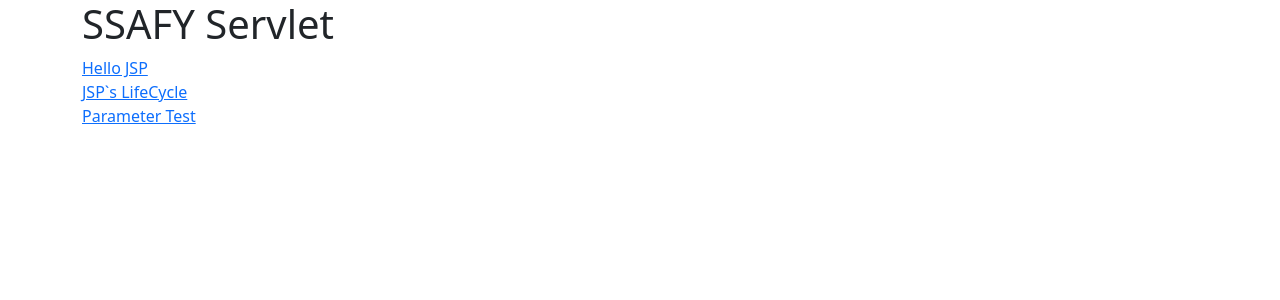
Repository: s00ngle/SSAFY-BE
Page: http://localhost/basic_jsp/
An editor plug-in stored every save of this project. The page is shown before and after the next save, followed by the edit.
The browser window is 1280 px wide. The pictures show the whole page.
The page is served by Tomcat 9. Other server files are loaded and not shown.

Above is the page before, as saved 2024-09-24 01:24:26.

### basic_jsp/src/main/webapp/index.jsp
<%@ page language="java" contentType="text/html; charset=UTF-8"
    pageEncoding="UTF-8"%>
<!DOCTYPE html>
<html lang="ko">
  <head>
    <meta charset="UTF-8" />
    <meta http-equiv="X-UA-Compatible" content="IE=edge" />
    <meta name="viewport" content="width=device-width, initial-scale=1.0" />
    <link
      href="https://cdn.jsdelivr.net/npm/bootstrap@5.3.3/dist/css/bootstrap.min.css"
      rel="stylesheet"
      integrity="sha384-QWTKZyjpPEjISv5WaRU9OFeRpok6YctnYmDr5pNlyT2bRjXh0JMhjY6hW+ALEwIH"
      crossorigin="anonymous"
    />
    <link href="/basic_jsp/assets/css/app.css" rel="stylesheet" />
    <title>SSAFY</title>
  </head>
  <body>
    <div class="container">
      <h1>SSAFY Servlet</h1>
      <a href="/basic_jsp/hello">Hello JSP</a><br />
      <a href="/basic_jsp/lifecycle">JSP`s LifeCycle</a><br />
      <a href="/basic_jsp/parameter.html">Parameter Test</a><br />
      <script
        src="https://cdn.jsdelivr.net/npm/bootstrap@5.3.3/dist/js/bootstrap.bundle.min.js"
        integrity="sha384-YvpcrYf0tY3lHB60NNkmXc5s9fDVZLESaAA55NDzOxhy9GkcIdslK1eN7N6jIeHz"
        crossorigin="anonymous"
      ></script>
    </div>
  </body>
</html>

### basic_jsp/src/main/webapp/assets/css/app.css
mark.sky {
  background: linear-gradient(to top, #54fff9 20%, transparent 30%);
}

mark.orange {
  background: linear-gradient(to top, orange 20%, transparent 30%);
}

.divider {
  border: 0.5px solid lightgray;
}

.avatar {
  vertical-align: middle;
  width: 50px;
  height: 50px;
  border-radius: 50%;
}

After the next save:
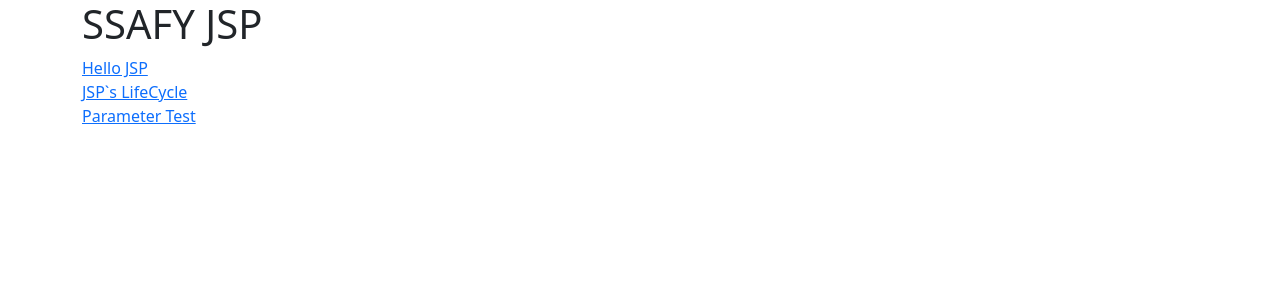
Saved 17 s later.
--- a/basic_jsp/src/main/webapp/index.jsp
+++ b/basic_jsp/src/main/webapp/index.jsp
@@ -17,7 +17,7 @@
   </head>
   <body>
     <div class="container">
-      <h1>SSAFY Servlet</h1>
+      <h1>SSAFY JSP</h1>
       <a href="/basic_jsp/hello">Hello JSP</a><br />
       <a href="/basic_jsp/lifecycle">JSP`s LifeCycle</a><br />
       <a href="/basic_jsp/parameter.html">Parameter Test</a><br />
